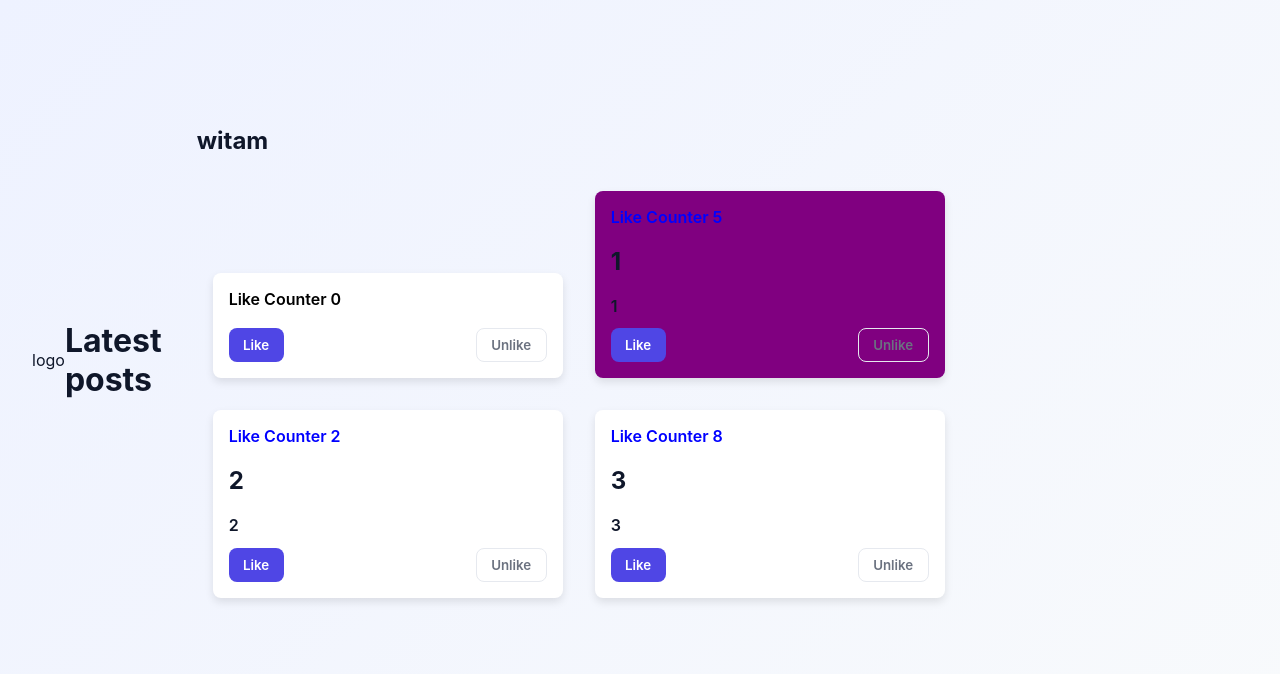
Repository: KrystianTrzy/reactapt
Page: /
An editor plug-in stored every save of this project. The page is shown before and after the next save, followed by the edit.
The browser window is 1280 px wide. The pictures show the whole page.
The project was rebuilt for these pictures with package versions that can differ from the ones it lists, and the page was loaded fresh each time. Also part of the build but not shown: src/pages/login.js, src/pages/postdetail/postdetail.js.

Above is the page before, as saved 2025-11-22 12:03:20.

### src/index.js
import React from "react";
import ReactDOM from "react-dom/client";
import "./index.css";
import App from "./App";
import LikeCounter from "./components/App/LikeCounter/LikeCounter";

const root = ReactDOM.createRoot(document.getElementById("root"));
root.render(
  <React.StrictMode>
    <App />
  </React.StrictMode>
);

// If you want to start measuring performance in your app, pass a function
// to log results (for example: reportWebVitals(console.log))
// or send to an analytics endpoint. Learn more: https://bit.ly/CRA-vitals

### src/index.css
:root {
  --bg: #f6f8ff;
  --card: #ffffff;
  --accent: #4f46e5;
  --muted: #6b7280;
  --radius: 12px;
}

* {
  box-sizing: border-box;
}

html,
body,
#root {
  height: 100%;
}

body {
  margin: 0;
  font-family: Inter, system-ui, -apple-system, "Segoe UI", Roboto,
    "Helvetica Neue", Arial;
  background: linear-gradient(135deg, #eef2ff 0%, #f8fafc 100%);
  color: #0f172a;
  -webkit-font-smoothing: antialiased;
  -moz-osx-font-smoothing: grayscale;
}

#root {
  display: flex;
  align-items: center;
  justify-content: center;
  padding: 2rem;
}

.App {
  width: 100%;
  max-width: 920px;
  background: rgba(255, 255, 255, 0.9);
  border-radius: var(--radius);
  box-shadow: 0 8px 30px rgba(2, 6, 23, 0.08);
  padding: 2rem;
}

ul {
  padding-left: 1.1rem;
}

button {
  font-family: inherit;
}

.login-form {
  display: flex;
  flex-direction: column;
  gap: 1rem;
  color: blue;
}

### src/App.js
import { BrowserRouter, Routes, Route } from "react-router-dom";
import Posts from "./pages/Posts";
import Login from "./pages/login";
import PostDetail from "./pages/postdetail/postdetail";
import Nav from "./components/nav/nav";

function App() {
  const name = "Krystian";
  const names = ["Adrian", "Maciek", "Pawel", "Bartek"];
  return (
    <>
      <Nav />
      <BrowserRouter>
        <Routes>
          <Route path="/" element={<Posts />} />
          <Route path="/posts" element={<Posts />} />
          <Route path="/login" element={<Login />} />
          <Route path="/postdetail/:id" element={<PostDetail />} />
        </Routes>
      </BrowserRouter>
    </>
  );
}

export default App;

### src/components/App/LikeCounter/LikeCounter.js
import React, { useState, useEffect, use } from 'react'
import './LikeCounter.css'

function LikeCounter({ color, title, description, count = 0 }) {
    const [likes, setLikes] = useState(Number(count));
    const handleLike = () => {
        setLikes(likes + 1);
    };

    useEffect(() => {
        console.log(`Likes updated: ${likes}`);
        document.title = `Likes: ${likes}`;
        if (likes > 20) {
            document.title = `dużo: ${likes}`;
        }


}, [likes]);

    const handleUnlike = () => {
        if (likes > 0) {
            setLikes(likes - 1);
        }
    };

    return (
        <div className="post" style={{backgroundColor: color }}>
            <p style={{ color: likes > 0 ? 'blue' : 'black' }}>Like Counter {likes}</p>
            <h2>{title}</h2>
            <p>{description}</p>
            <div className="actions">
                <button onClick={handleLike}>Like</button>
                <button onClick={handleUnlike}>Unlike</button>
            </div>
        </div>
    )
}

export default LikeCounter;

### src/pages/Posts.js
import LikeCounter from "../components/App/LikeCounter/LikeCounter";

function Posts() {
  return (
    <>
      <h1>Latest posts</h1>
      <article>
        <div className="posts">
          <h1>witam</h1>
          <LikeCounter />
          <LikeCounter color="purple" title="1" description="1" count="5" />

          <LikeCounter title="2" description="2" count="2" />

          <LikeCounter title="3" description="3" count="8" />
        </div>
      </article>
    </>
  );
}
export default Posts;

### src/components/nav/nav.js
import "./nav.css";
import { Link } from "react-router";

function nav() {
  return (
    <nav>
      <span>logo</span>

      <div className="links">
        <link to="/posts"></link>
        <link to="/login"></link>
        <a href="https://google.com"></a>
      </div>
    </nav>
  );
}

export default nav;

### src/components/App/LikeCounter/LikeCounter.css
.post {
  box-shadow: 0 4px 8px rgba(0, 0, 0, 0.1);
  padding: 1rem;
  width: 350px;
  border-radius: 0.5rem;
  background: var(--card);
  margin: 1rem;
  color: #0f172a;
  display: inline-block;
}

.actions {
  display: flex;
  flex-direction: row;
  justify-content: space-between;
}

.post p {
  margin: 0 0 0.8rem 0;
  font-weight: 600;
}

.actions button {
  padding: 0.5rem 0.9rem;
  border-radius: 8px;
  border: none;
  cursor: pointer;
  font-weight: 600;
}

.actions button:first-child {
  background: var(--accent);
  color: white;
}

.actions button:last-child {
  background: transparent;
  color: var(--muted);
  border: 1px solid #e6e9ef;
}

.actions button:hover {
  transform: translateY(-1px);
}

### src/components/nav/nav.css
/* Navigation bar styles */
.navbar {
  display: flex;
  justify-content: space-between;
  align-items: center;
  background-color: #333;
  padding: 1rem 2rem;
  color: white;
}

.navbar a {
  color: white;
  text-decoration: none;
  margin: 0 1rem;
  font-size: 1rem;
}

.navbar a:hover {
  text-decoration: underline;
}

.navbar .logo {
  font-size: 1.5rem;
  font-weight: bold;
}

.navbar .menu {
  display: flex;
  gap: 1rem;
}

Loaded but not shown: public/index.html (common file)

After the next save:
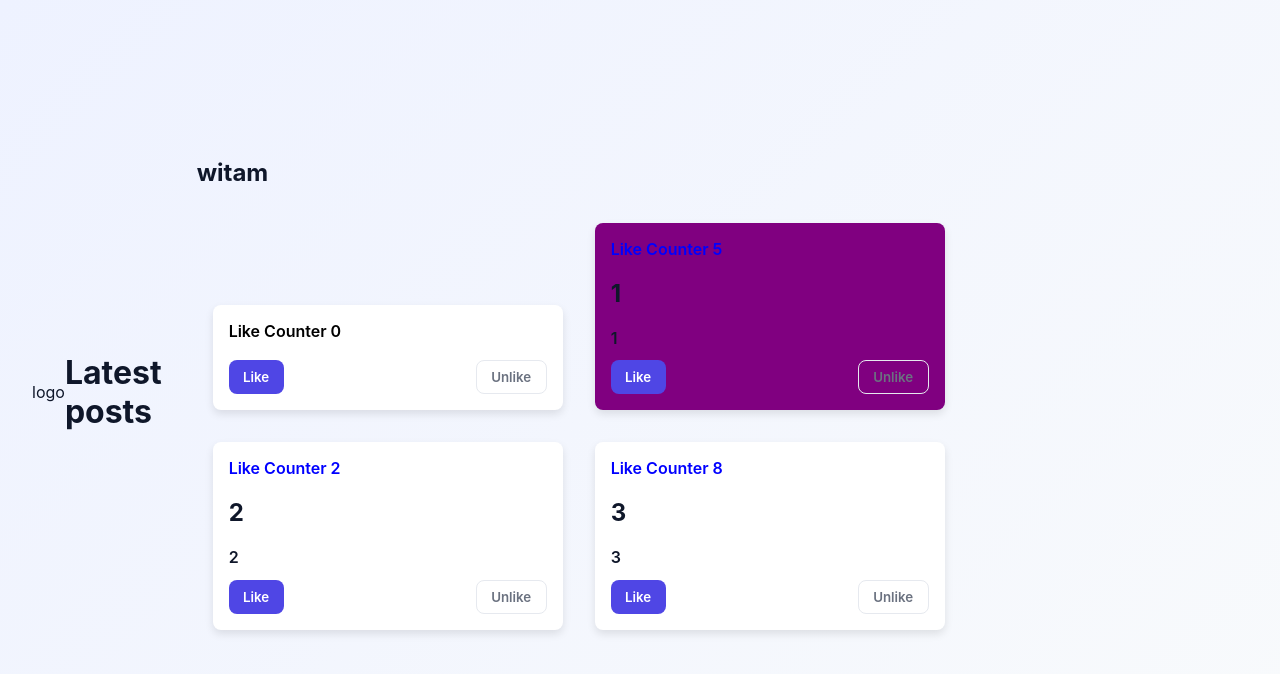
Saved 60 s later.
--- a/src/components/nav/nav.css
+++ b/src/components/nav/nav.css
@@ -1,5 +1,10 @@
 /* Navigation bar styles */
 .navbar {
+  position: fixed;
+  top: 0;
+  left: 0;
+  width: 100%;
+  z-index: 1000;
   display: flex;
   justify-content: space-between;
   align-items: center;
@@ -28,3 +33,8 @@
   display: flex;
   gap: 1rem;
 }
+
+/* Add padding to the body to prevent content overlap */
+body {
+  padding-top: 4rem; /* Adjust based on navbar height */
+}

After the save that followed:
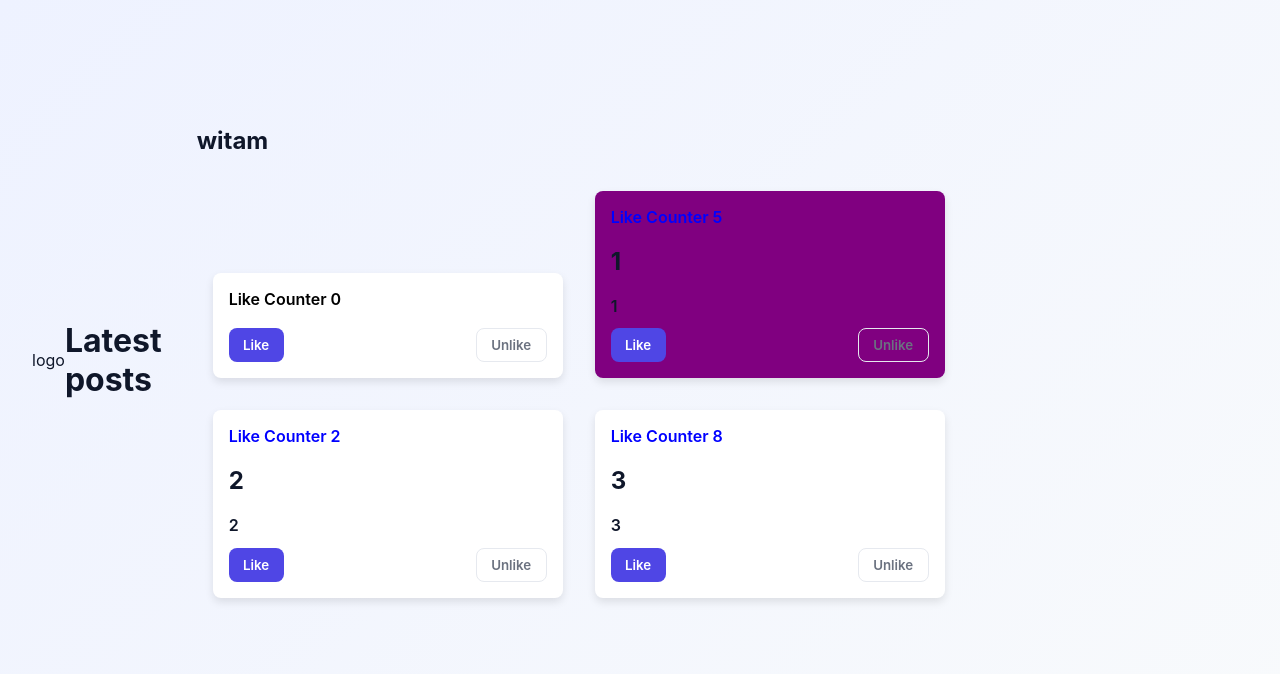
Saved 7 s later.
--- a/src/components/nav/nav.css
+++ b/src/components/nav/nav.css
@@ -1,10 +1,5 @@
 /* Navigation bar styles */
 .navbar {
-  position: fixed;
-  top: 0;
-  left: 0;
-  width: 100%;
-  z-index: 1000;
   display: flex;
   justify-content: space-between;
   align-items: center;
@@ -33,8 +28,3 @@
   display: flex;
   gap: 1rem;
 }
-
-/* Add padding to the body to prevent content overlap */
-body {
-  padding-top: 4rem; /* Adjust based on navbar height */
-}
